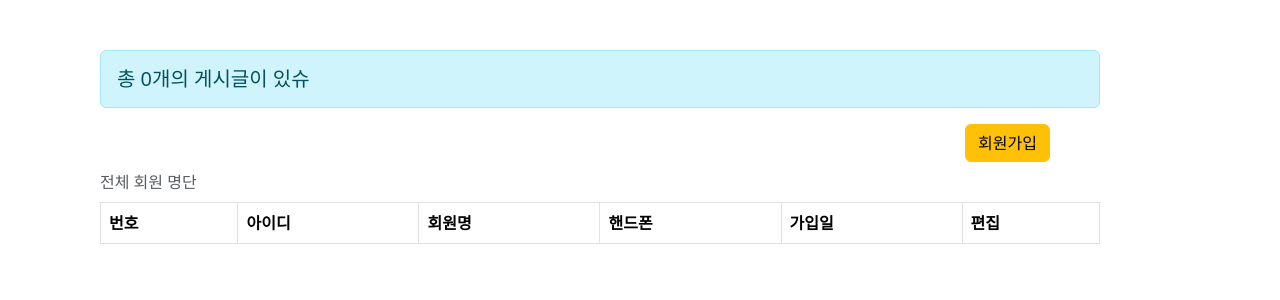
Repository: JunbroGit/SistProject
Page: http://localhost/jsaAjaxProject/mem_gaip/memList.jsp
These files come from the project's save history. The page is drawn as it stood at one moment and after the next save; the edit follows.
The browser window is 1280 px wide. The pictures show the whole page.
Some web fonts or font styles are not loaded; a fallback is used. The page is served by Tomcat 9. Queries for data that is not in the repository find no rows.

Above is the page before, as saved 2024-03-18 06:44:55.

After the next save:
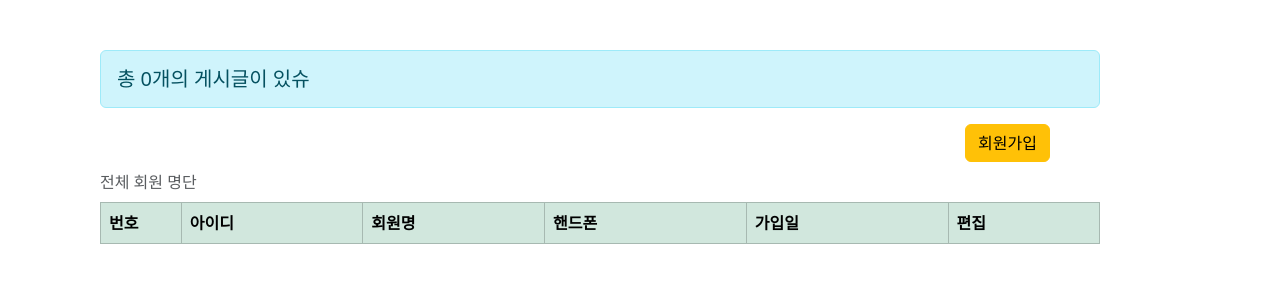
Saved 66 s later.
--- a/jspwork/jsaAjaxProject/src/main/webapp/mem_gaip/memList.jsp
+++ b/jspwork/jsaAjaxProject/src/main/webapp/mem_gaip/memList.jsp
@@ -25,13 +25,13 @@
 	<br>
 	<table class="table table-bordered">
 		<caption align="top">전체 회원 명단</caption>
-			<tr>
-				<th>번호</th>
-				<th>아이디</th>
-				<th>회원명</th>
-				<th>핸드폰</th>
-				<th>가입일</th>
-				<th>편집</th>
+			<tr class="table-success">
+				<th width="80">번호</th>
+				<th width="180">아이디</th>
+				<th width="180">회원명</th>
+				<th width="200">핸드폰</th>
+				<th width="200">가입일</th>
+				<th width="150">편집</th>
 			</tr>
 
 		<%
@@ -43,7 +43,7 @@
 				MemgaipDto dto=list.get(i);
 				%>
 				<tr>
-					<td align="center"><%=dto.getM_num() %></td>
+					<td align="center"><%=i++ %></td>
 					<td><%=dto.getM_id() %></td>
 					<td><%=dto.getM_name() %></td>
 					<td><%=dto.getM_hp() %></td>
